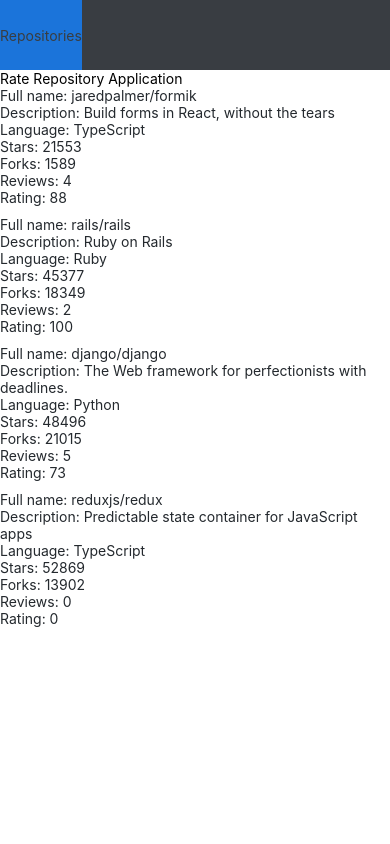
Repository: OrmeSile/react-native-FSO
Screen: / (app in rate-repository-app/)
The author's editor kept a copy of each file at every save. The screen is drawn from the files as they stood at one save, then again after a run of saves.
The app was drawn by React Native's web renderer in a window 390 px wide. The project was rebuilt for these pictures with package versions that can differ from the ones it lists, and the page was loaded fresh each time. Some packages were replaced by stand-ins written for this rebuild.

Above is the screen before, as saved 2022-05-15 16:38:37.

### rate-repository-app/src/components/Main.jsx
import { Text, StyleSheet, View } from 'react-native';
import AppBar from './AppBar';
import RepositoryList from './RepositoryList';

const styles = StyleSheet.create({
  container: {
    flexGrow: 1,
    flexShrink: 1,
  },
});

const Main = () => {
  return (
    <View style={styles.container}>
      <AppBar/>
      <Text>Rate Repository Application</Text>
        <RepositoryList />
    </View>
  );
};

export default Main;

### rate-repository-app/src/components/AppBar.jsx
import { View, StyleSheet, Pressable } from 'react-native';
import Text from './Text';
import Constants from 'expo-constants';
import theme from '../theme';

const styles = StyleSheet.create({
  container: {
    paddingTop: Constants.statusBarHeight,
    height: 70,
    backgroundColor: theme.colors.appBarBackgroundColor,
    opacity: 0.9,
    display: 'flex',
    flexDirection: 'row'
  },
  pressableTab: {
    display: 'flex',
    alignContent: 'center',
    justifyContent: 'center',
    backgroundColor: theme.colors.primary
  }
});

const AppBar = () => {
  return <View style={styles.container}>
    <Pressable style={styles.pressableTab} onPress={() => console.log('pressed')}>
      <Text>Repositories</Text>
    </Pressable>
  </View>;
};

export default AppBar;

### rate-repository-app/src/components/RepositoryList.jsx
import { FlatList, View, StyleSheet } from 'react-native';
import RepositoryItem from './RepositoryItem';

const styles = StyleSheet.create({
  separator: {
    height: 10,
  },
});

const repositories = [
  {
    id: 'jaredpalmer.formik',
    fullName: 'jaredpalmer/formik',
    description: 'Build forms in React, without the tears',
    language: 'TypeScript',
    forksCount: 1589,
    stargazersCount: 21553,
    ratingAverage: 88,
    reviewCount: 4,
    ownerAvatarUrl: 'https://avatars2.githubusercontent.com/u/4060187?v=4',
  },
  {
    id: 'rails.rails',
    fullName: 'rails/rails',
    description: 'Ruby on Rails',
    language: 'Ruby',
    forksCount: 18349,
    stargazersCount: 45377,
    ratingAverage: 100,
    reviewCount: 2,
    ownerAvatarUrl: 'https://avatars1.githubusercontent.com/u/4223?v=4',
  },
  {
    id: 'django.django',
    fullName: 'django/django',
    description: 'The Web framework for perfectionists with deadlines.',
    language: 'Python',
    forksCount: 21015,
    stargazersCount: 48496,
    ratingAverage: 73,
    reviewCount: 5,
    ownerAvatarUrl: 'https://avatars2.githubusercontent.com/u/27804?v=4',
  },
  {
    id: 'reduxjs.redux',
    fullName: 'reduxjs/redux',
    description: 'Predictable state container for JavaScript apps',
    language: 'TypeScript',
    forksCount: 13902,
    stargazersCount: 52869,
    ratingAverage: 0,
    reviewCount: 0,
    ownerAvatarUrl: 'https://avatars3.githubusercontent.com/u/13142323?v=4',
  },
];

const ItemSeparator = () => <View style={styles.separator} />;

const RepositoryList = () => {
  return (
    <FlatList
      data={repositories}
      ItemSeparatorComponent={ItemSeparator}
      renderItem={({ item }) => (
        <RepositoryItem key={item.id} item={item}/>
      )}
    />
  );
};

export default RepositoryList;

### rate-repository-app/src/components/Text.jsx
import { Text as NativeText, StyleSheet } from 'react-native';

import theme from '../theme';

const styles = StyleSheet.create({
  text: {
    color: theme.colors.textPrimary,
    fontSize: theme.fontSizes.body,
    fontFamily: theme.fonts.main,
    fontWeight: theme.fontWeights.normal,
  },
  colorTextSecondary: {
    color: theme.colors.textSecondary,
  },
  colorPrimary: {
    color: theme.colors.primary,
  },
  fontSizeSubheading: {
    fontSize: theme.fontSizes.subheading,
  },
  fontWeightBold: {
    fontWeight: theme.fontWeights.bold,
  },
});

const Text = ({ color, fontSize, fontWeight, style, ...props }) => {
  const textStyle = [
    styles.text,
    color === 'textSecondary' && styles.colorTextSecondary,
    color === 'primary' && styles.colorPrimary,
    fontSize === 'subheading' && styles.fontSizeSubheading,
    fontWeight === 'bold' && styles.fontWeightBold,
    style,
  ];

  return <NativeText style={textStyle} {...props} />;
};

export default Text;

### rate-repository-app/src/theme.js
const theme = {
  colors: {
    textPrimary: '#24292e',
    textSecondary: '#586069',
    primary: '#0366d6',
    appBarBackgroundColor: '#24292e'
  },
  fontSizes: {
    body: 14,
    subheading: 16,
  },
  fonts: {
    main: 'System',
  },
  fontWeights: {
    normal: '400',
    bold: '700',
  },
};

export default theme;

### rate-repository-app/src/components/RepositoryItem.jsx
import { View } from 'react-native';
import Text from './Text';

const RepositoryItem = ({ item }) => {
  return (
    <View>
      <Text>Full name: {item.fullName}</Text>
      <Text>Description: {item.description}</Text>
      <Text>Language: {item.language}</Text>
      <Text>Stars: {item.stargazersCount}</Text>
      <Text>Forks: {item.forksCount}</Text>
      <Text>Reviews: {item.reviewCount}</Text>
      <Text>Rating: {item.ratingAverage}</Text>
    </View>
  );
};

export default RepositoryItem;

Loaded but not shown: rate-repository-app/App.js (common file)

After the next 3 saves:
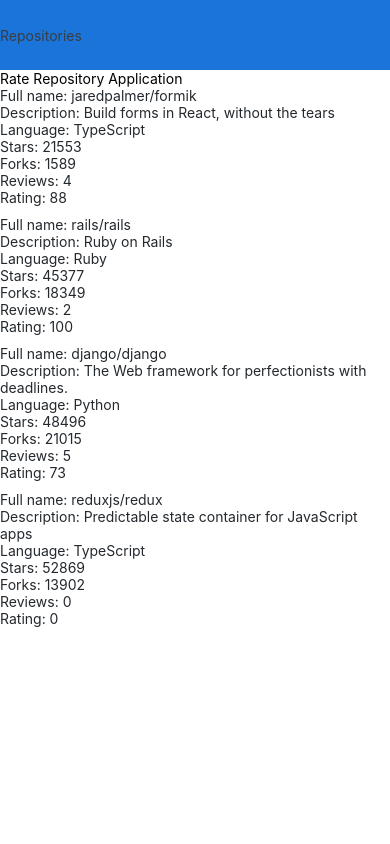
The 3 saves are shown as one change because they came seconds apart.
The last was saved 17 s later.
--- a/rate-repository-app/src/components/AppBar.jsx
+++ b/rate-repository-app/src/components/AppBar.jsx
@@ -14,6 +14,7 @@
   },
   pressableTab: {
     display: 'flex',
+    flexGrow: 1,
     alignContent: 'center',
     justifyContent: 'center',
     backgroundColor: theme.colors.primary
